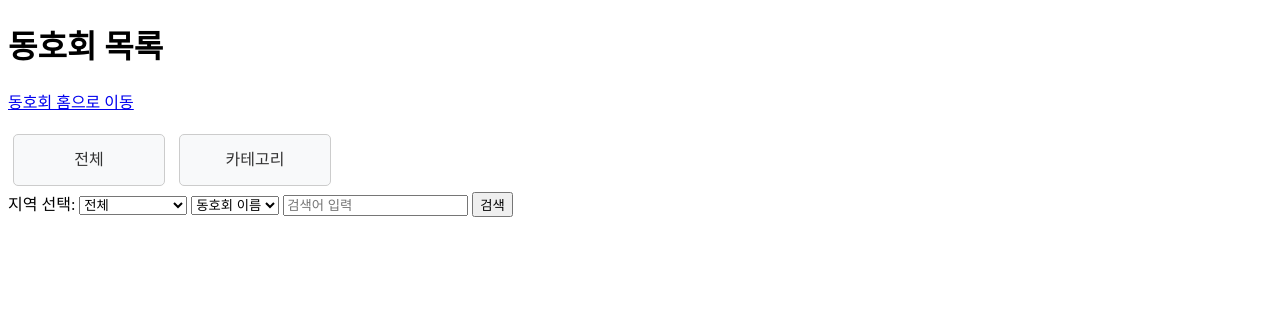
Repository: HB1112/cloud
Page: http://localhost/Solocare/WEB-INF/views/club/clubList.jsp
The author's editor kept a copy of each file at every save. The page is drawn from the files as they stood at one save, then again after the next save.
The browser window is 1280 px wide. The pictures show the whole page.
The page is served by Tomcat 9. Nobody is signed in. The template is opened directly, without the code that normally fills it, so the values that code supplies are empty.

Above is the page before, as saved 2024-12-16 05:20:52.

After the next save:
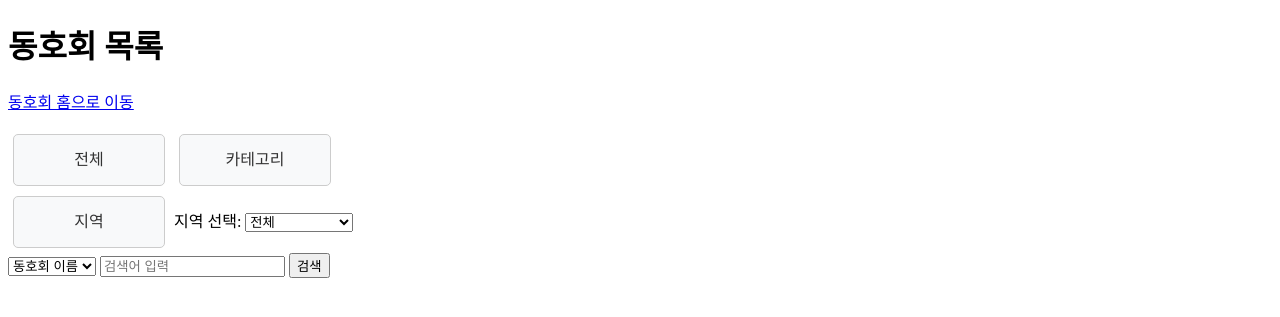
Saved 100 s later.
--- a/Solocare/src/main/webapp/WEB-INF/views/club/clubList.jsp
+++ b/Solocare/src/main/webapp/WEB-INF/views/club/clubList.jsp
@@ -58,13 +58,8 @@
         </div>
         <!-- 지역 선택 폼 -->
 	    <div>
-
-    	</div>
-    </div>
-
-    <!-- 검색 폼 수정 -->
-    <form method="GET" action="${pageContext.request.contextPath}/club/list">
-    	<label for="regionSelect">지역 선택:</label>
+	    	<span class="category-link">지역</span>
+	        <label for="regionSelect">지역 선택:</label>
 	        <select name="region" id="regionSelect">
 	            <option value="">전체</option>
 	            <option value="서울특별시">서울특별시</option>
@@ -84,6 +79,11 @@
 	            <option value="경상남도">경상남도</option>
 	            <option value="제주특별자치도">제주특별자치도</option>
 	        </select>
+    	</div>
+    </div>
+
+    <!-- 검색 폼 수정 -->
+    <form method="GET" action="${pageContext.request.contextPath}/club/list">
         <select name="searchType" id="searchType">
             <option value="clubName">동호회 이름</option>
             <option value="clubDescription">설명</option>
